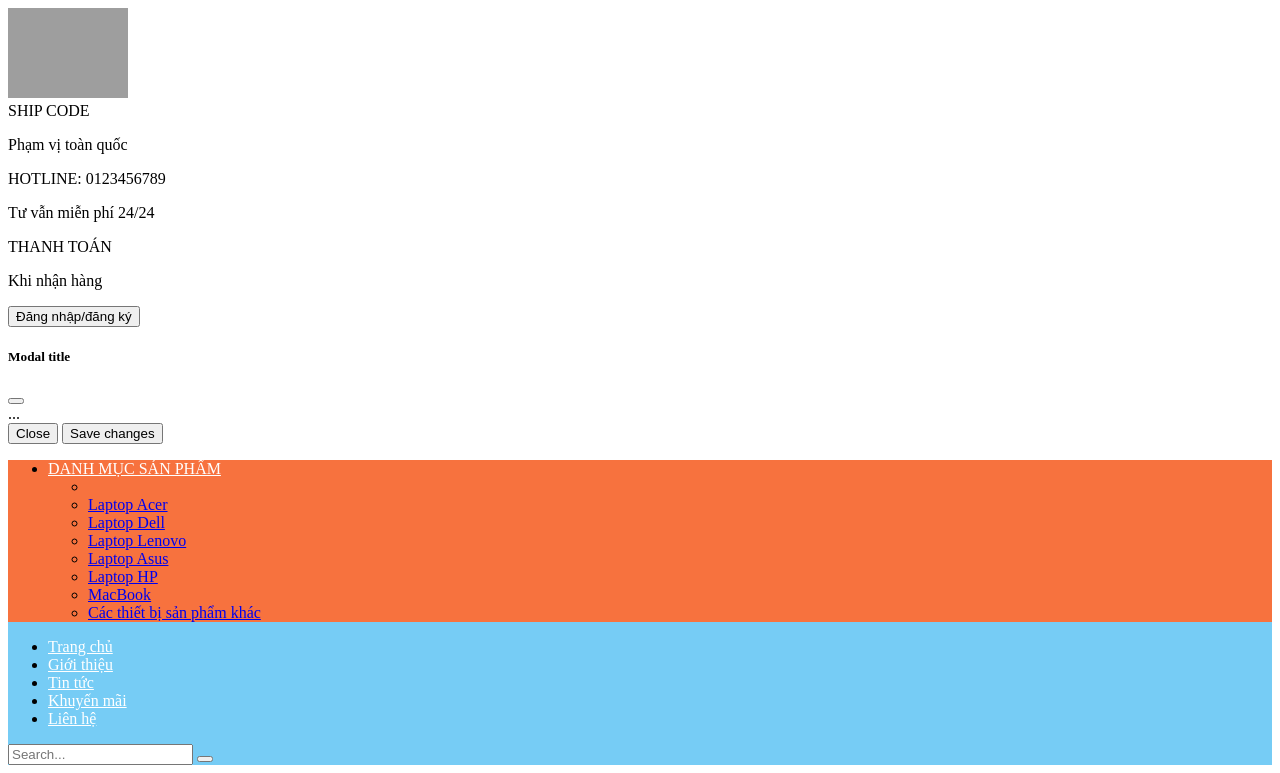
Repository: dhuNn103/DA
Page: http://localhost/CPT/all/homeHeader.jsp
An editor plug-in stored every save of this project. The page is shown before and after the next save, followed by the edit.
The browser window is 1280 px wide. The pictures show the whole page.
Pictures or frames that could not be fetched are drawn as grey boxes. The page is served by Tomcat 9.

Above is the page before, as saved 2024-05-25 02:22:18.

After the next save:
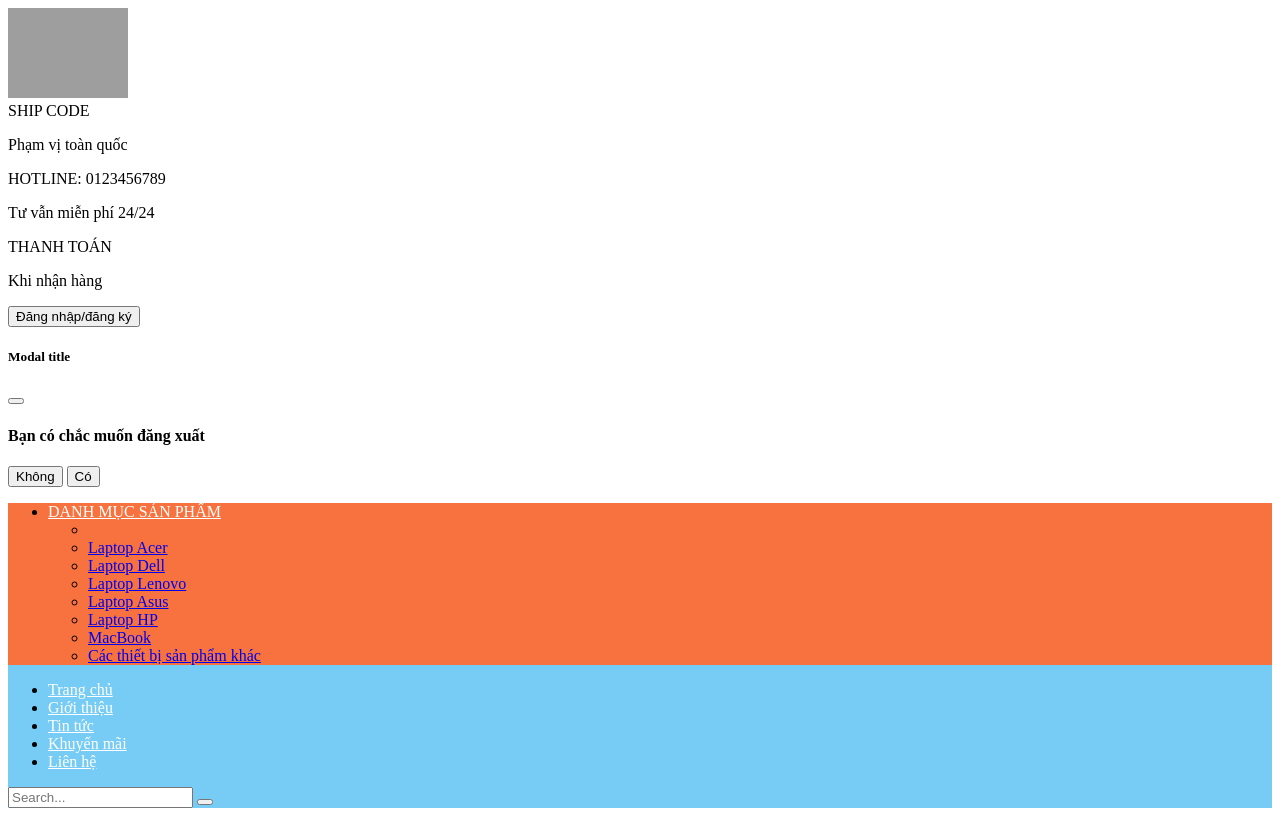
Saved 3 min 28 s later.
--- a/workspace/CPT/src/main/webapp/all/homeHeader.jsp
+++ b/workspace/CPT/src/main/webapp/all/homeHeader.jsp
@@ -92,7 +92,8 @@
 								%>
 								<p>
 								<form action="LogoutServlet" method="post">
-									<button  class="btn btn-primary text-white ms-4" data-bs-toggle="modal" data-bs-target="#exampleModal">Đăng
+									<button class="btn btn-primary text-white ms-4"
+										data-bs-toggle="modal" data-bs-target="#exampleModal">Đăng
 										xuất</button>
 								</form>
 								Hi,
@@ -111,13 +112,13 @@
 												<button type="button" class="btn-close"
 													data-bs-dismiss="modal" aria-label="Close"></button>
 											</div>
-											<div class="modal-body">...</div>
-											<div class="modal-footer">
+											<div class="modal-body">
+												<h4>Bạn có chắc muốn đăng xuất</h4>
 												<button type="button" class="btn btn-secondary"
-													data-bs-dismiss="modal">Close</button>
-												<button type="button" class="btn btn-primary">Save
-													changes</button>
+													data-bs-dismiss="modal">Không</button>
+												<button type="button" class="btn btn-primary">Có</button>
 											</div>
+											<div class="modal-footer"></div>
 										</div>
 									</div>
 								</div>
